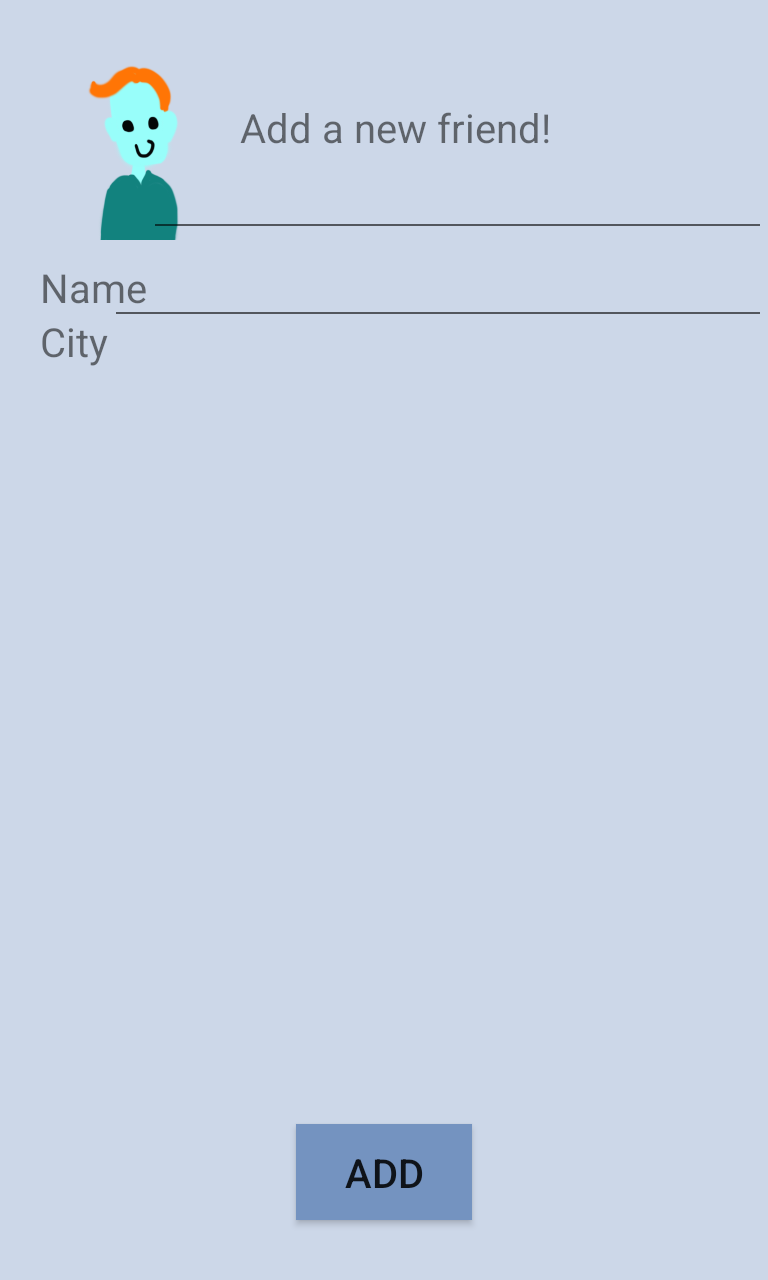
Repository: hinasakazaki/WeatherWithFriends
Layout: WeatherWithFriends/res/layout/add_fragment.xml
An editor plug-in stored every save of this project. The layout is shown before and after the next save, followed by the edit.
It is drawn on a 768 x 1280 px phone screen (xhdpi) without system bars, with theme AppTheme; the app's code is not run.

Above is the layout before, as saved 2014-06-09 22:29:14.

After the next save:
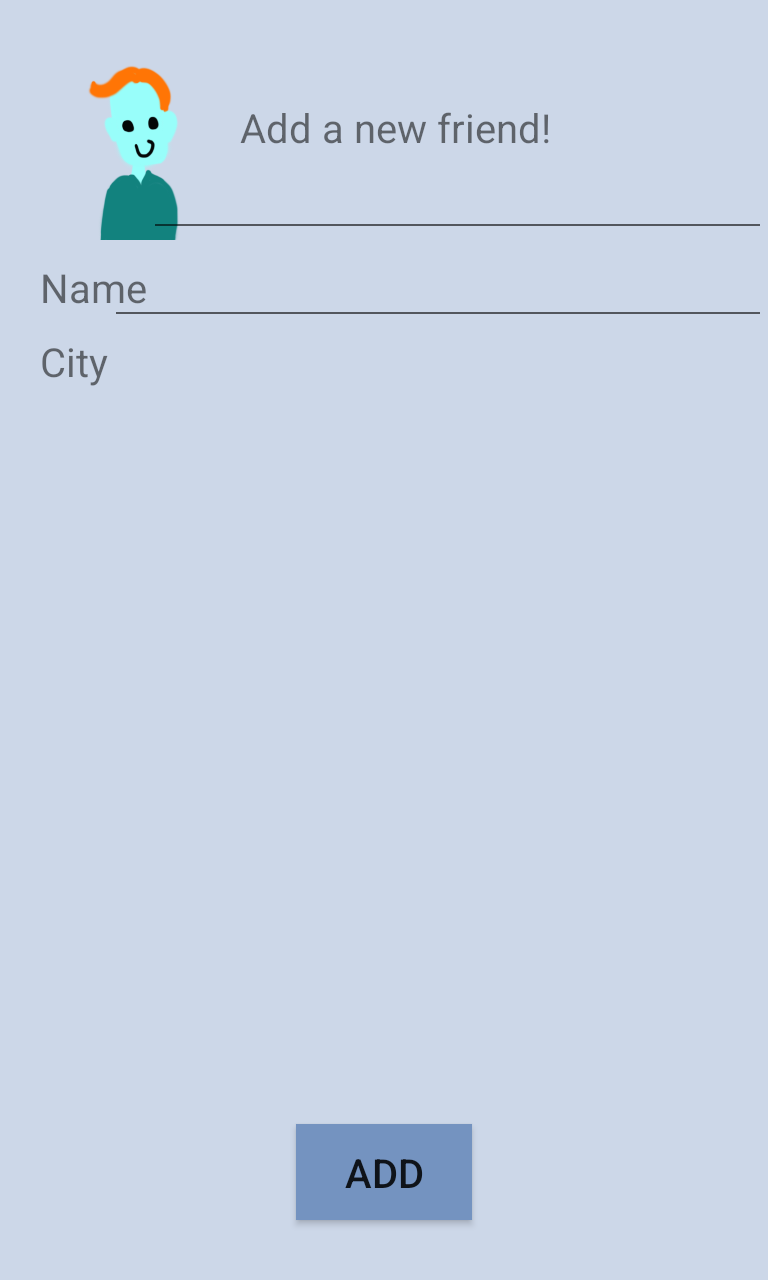
Saved 13 s later.
--- a/WeatherWithFriends/res/layout/add_fragment.xml
+++ b/WeatherWithFriends/res/layout/add_fragment.xml
@@ -55,7 +55,8 @@
     	    android:layout_below="@id/Name"
     	    android:textSize="20dp"
     	    android:text="City"
-    	     android:layout_marginLeft="20dp"/>
+    	    android:layout_marginTop="10dp"
+    	    android:layout_marginLeft="20dp"/>
 
 	   <EditText
 	       android:id="@+id/cityEdit"
